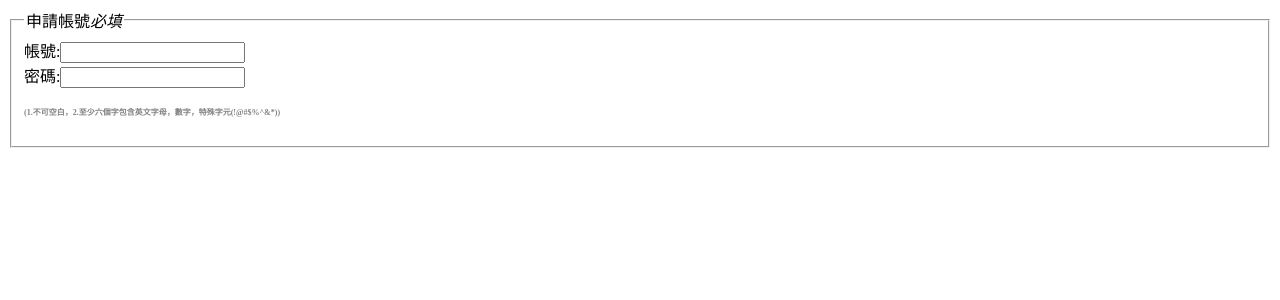
Repository: cctytw2000/Member
Page: Member/WebContent/html/LoginMember.html
The author's editor kept a copy of each file at every save. The page is drawn from the files as they stood at one save, then again after the next save.
The browser window is 1280 px wide. The pictures show the whole page.

Above is the page before, as saved 2019-08-29 23:46:49.

### Member/WebContent/html/LoginMember.html
<!DOCTYPE html>
<html>
<head>
<meta charset="UTF-8">
<title>Insert title here</title>
</head>
<body>

<form action="../RegisteredMember.do" method="post">

 <fieldset>
<legend>申請帳號<em>必填</em></legend>
<div class="div1">
<label class='label1'>帳號:</label><input type="text" id="account" name="account">
</div>
<div class="div1">
<label class='label1'>密碼:</label><input type="password" id="password" name="password"><span id="msg_password"></span>
<h6 style="color: gray;font-size: 8px">(1.不可空白，2.至少六個字包含英文字母，數字，特殊字元(!@#$%^&*))</h6>
</div>
</fieldset>
</form>
</body>
</html>

After the next save:
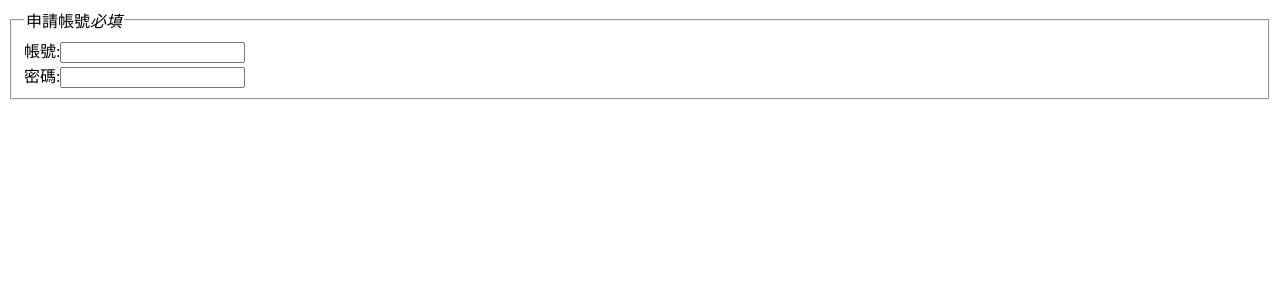
Saved 6 s later.
--- a/Member/WebContent/html/LoginMember.html
+++ b/Member/WebContent/html/LoginMember.html
@@ -15,7 +15,7 @@
 </div>
 <div class="div1">
 <label class='label1'>密碼:</label><input type="password" id="password" name="password"><span id="msg_password"></span>
-<h6 style="color: gray;font-size: 8px">(1.不可空白，2.至少六個字包含英文字母，數字，特殊字元(!@#$%^&*))</h6>
+
 </div>
 </fieldset>
 </form>
